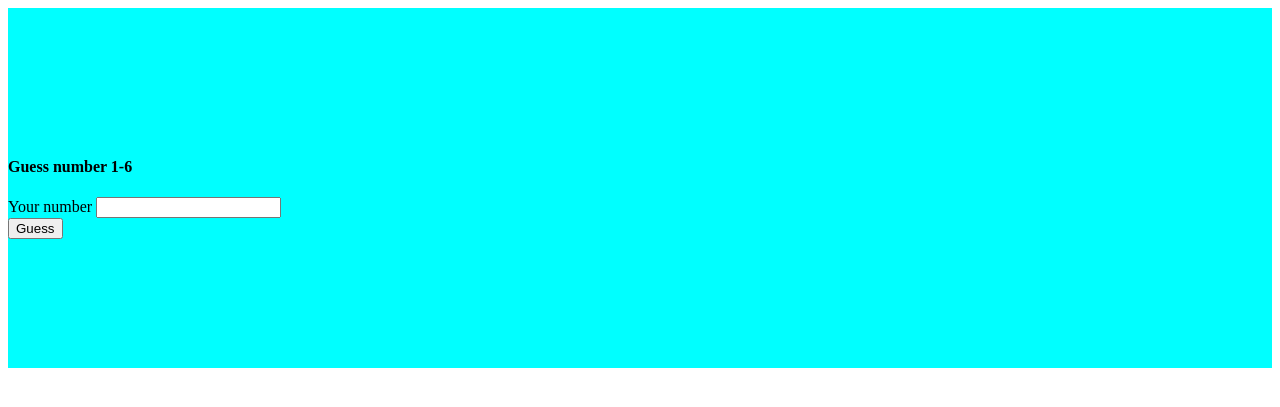
Repository: Ironicmanx/HTMLFILES
Page: Javascript/guessNumber/guess.html
The author's editor kept a copy of each file at every save. The page is drawn from the files as they stood at one save, then again after the next save.
The browser window is 1280 px wide. The pictures show the whole page.

Above is the page before, as saved 2024-02-05 20:14:38.

After the next save:
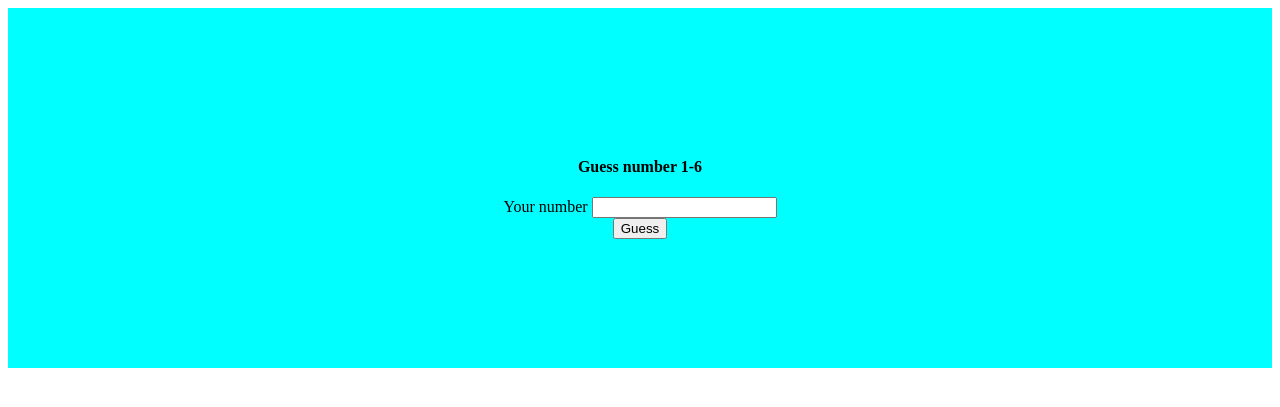
Saved 4 s later.
--- a/Javascript/guessNumber/guess.css
+++ b/Javascript/guessNumber/guess.css
@@ -6,5 +6,5 @@ div#container{
     display: flex;
     flex-direction: column;
     justify-content: center;
-    align-items: ;
+    align-items: center;
 }
